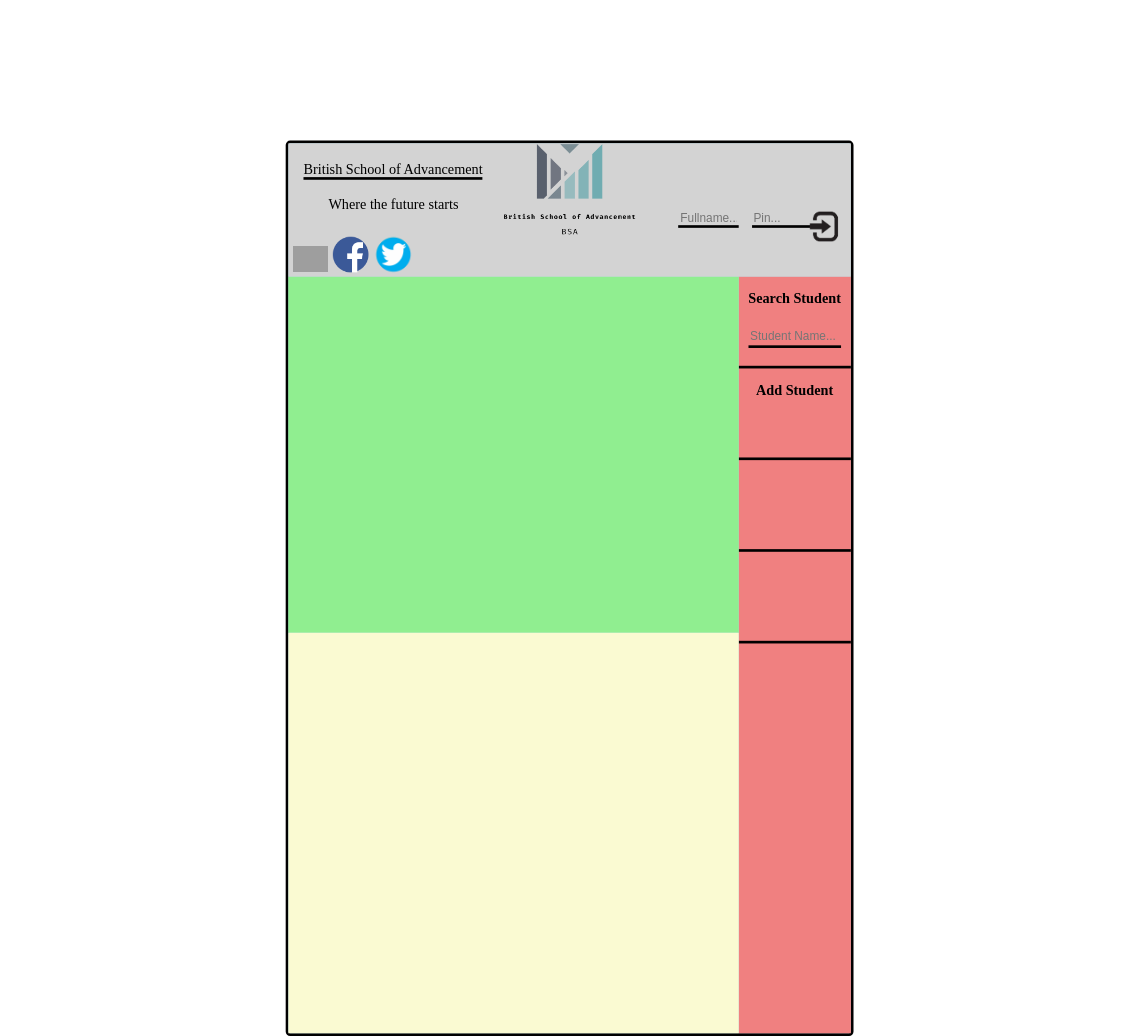
Repository: ghend99/School-app
Page: index.html
These files come from the project's save history. The page is drawn as it stood at one moment and after the next save; the edit follows.
The browser window is 1280 px wide. The pictures show the whole page, at 89% of full size.
Pictures or frames that could not be fetched are drawn as grey boxes.

Above is the page before, as saved 2023-03-24 13:52:53.

After the next save:
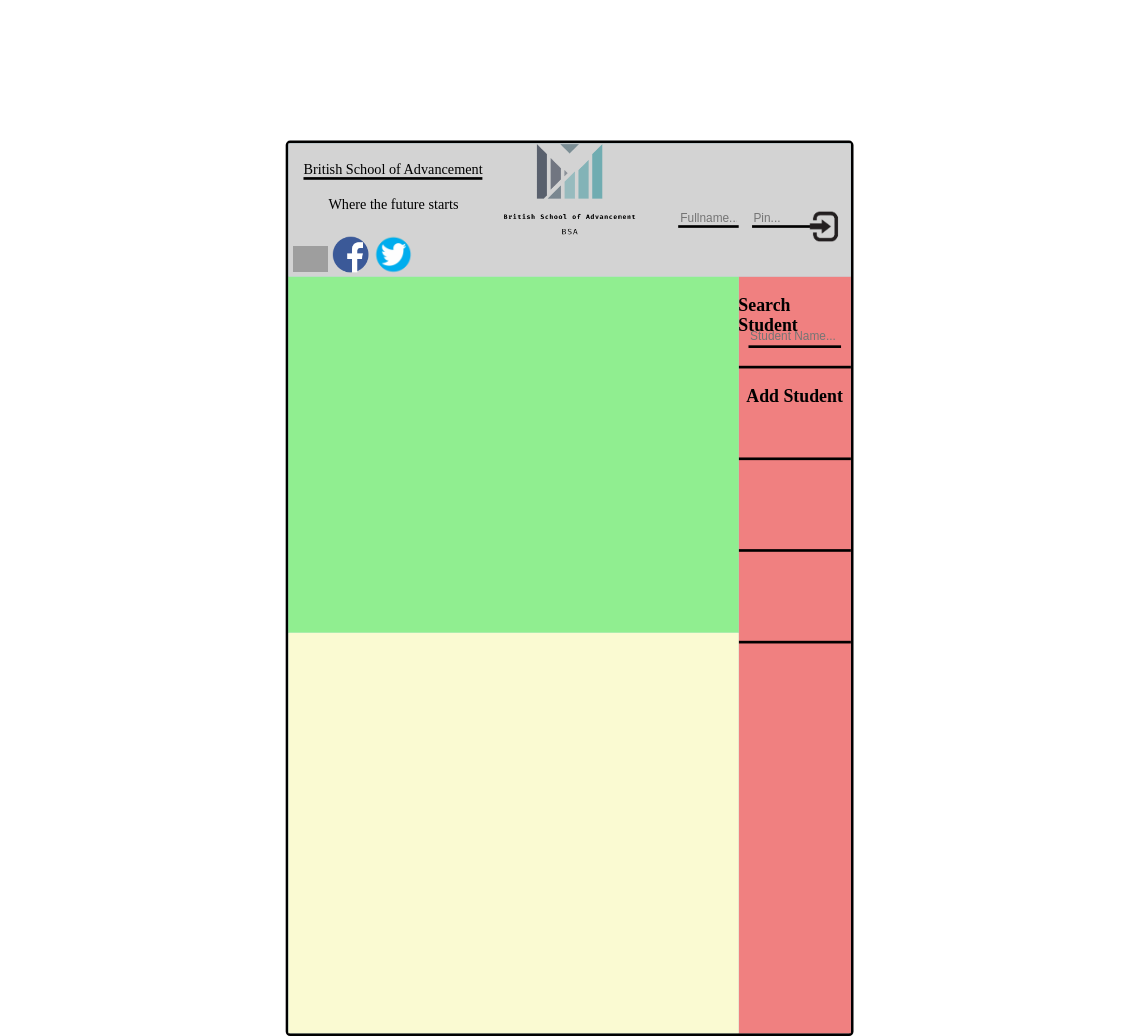
Saved 7 s later.
--- a/style.css
+++ b/style.css
@@ -117,7 +117,7 @@
 
 .sidebar-link-header {
   position: absolute;
-  font-size: clamp(12px, 16px, 34px);
+  font-size: clamp(12px, 20px, 24px);
   font-weight: bold;
 }
 

After the save that followed:
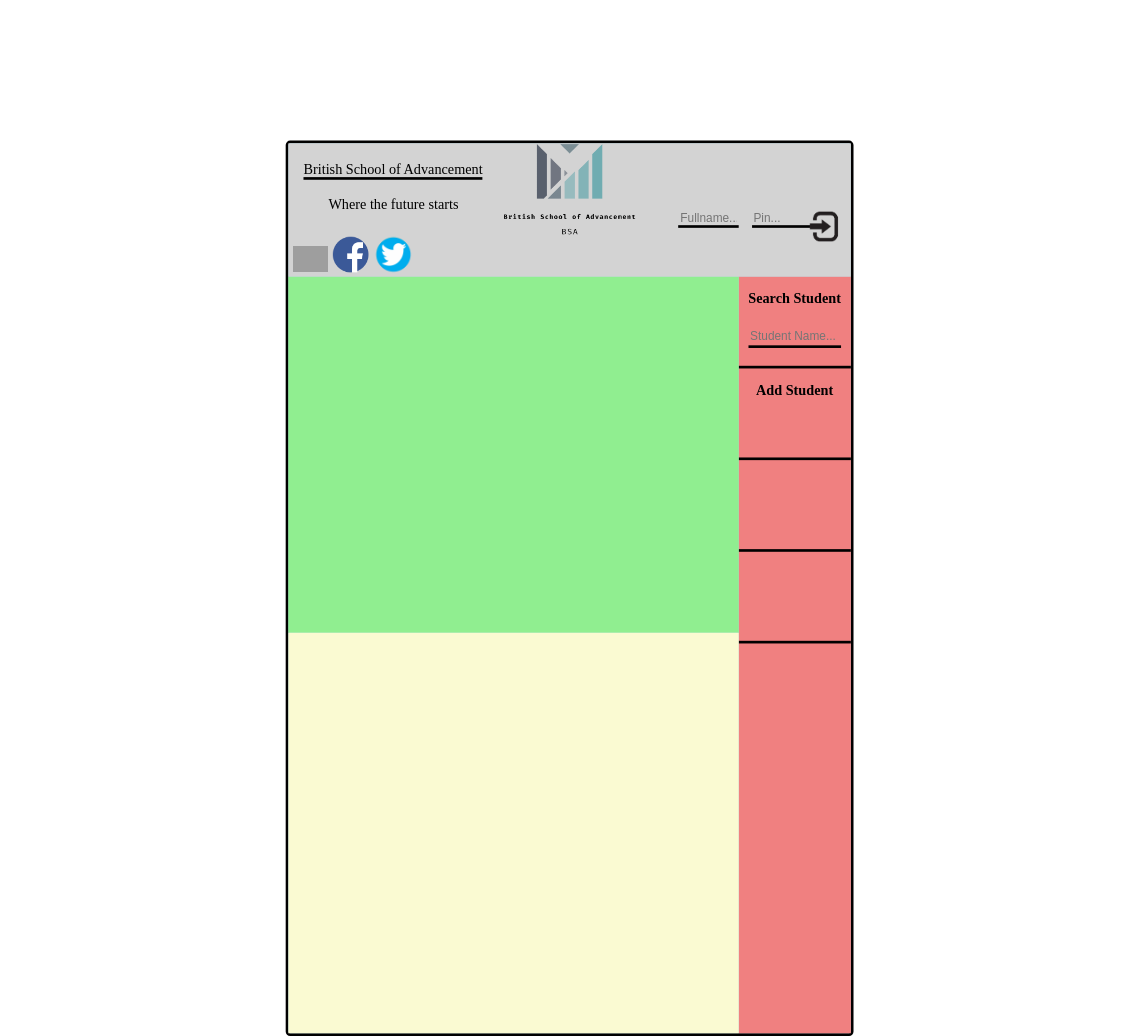
Saved 92 s later.
--- a/style.css
+++ b/style.css
@@ -117,7 +117,7 @@
 
 .sidebar-link-header {
   position: absolute;
-  font-size: clamp(12px, 20px, 24px);
+  font-size: clamp(0.9rem, 1.5vw, 1rem);
   font-weight: bold;
 }
 
